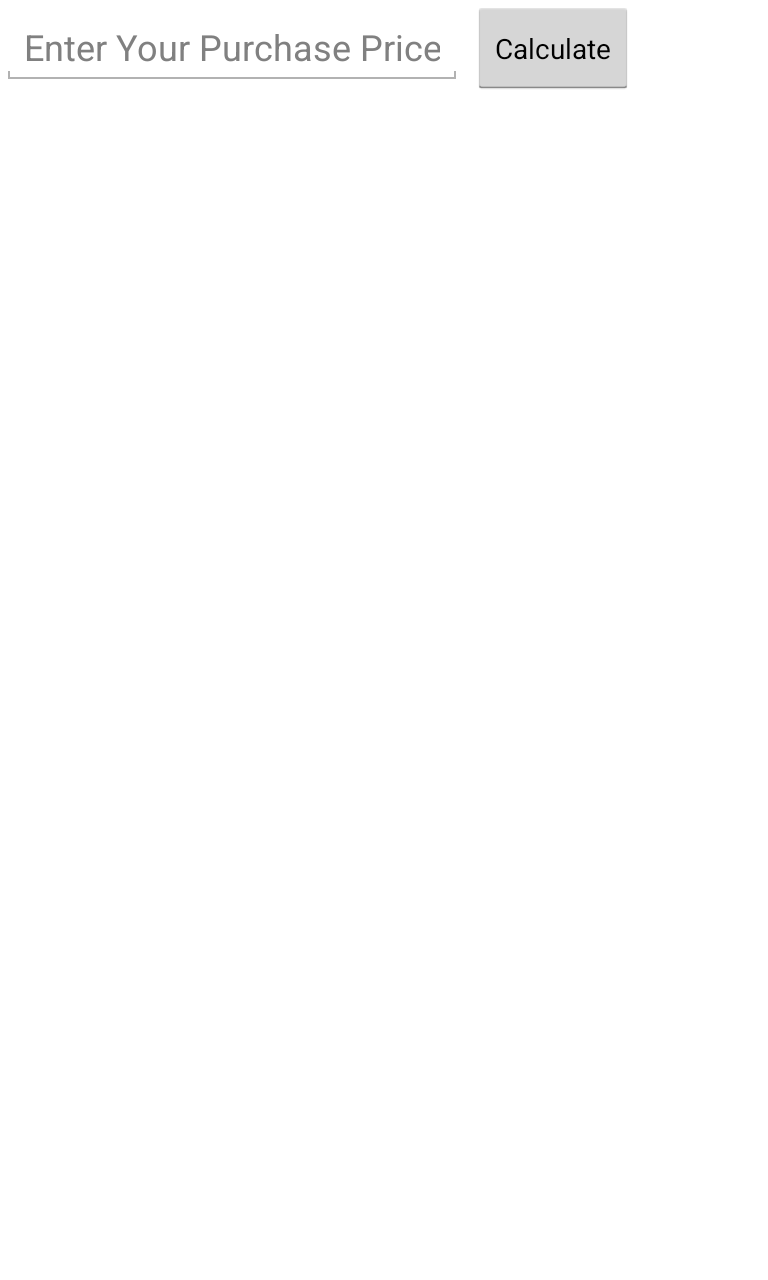
Repository: missxlian/angelHackSac
Layout: workspace/NoteHack/res/layout/fragment_section_intrate.xml
These files come from the project's save history. The layout is drawn as it stood at one moment and after the next save; the edit follows.
It is drawn on a 768 x 1280 px phone screen (xhdpi) without system bars, with theme android:Theme.Holo.Light.DarkActionBar; the app's code is not run.

Above is the layout before, as saved 2013-12-01 19:45:19.

After the next save:
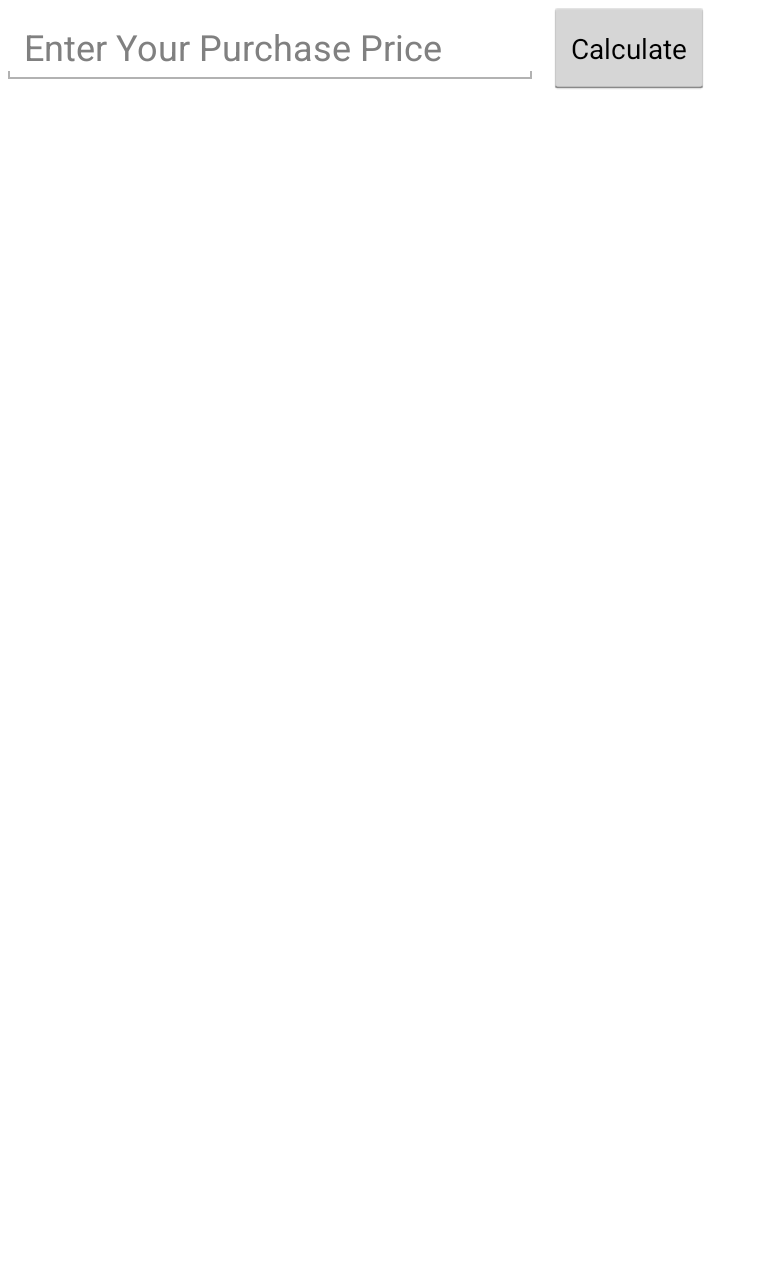
Saved 65 s later.
--- a/workspace/NoteHack/res/layout/fragment_section_intrate.xml
+++ b/workspace/NoteHack/res/layout/fragment_section_intrate.xml
@@ -3,11 +3,11 @@
     android:id="@+id/GridLayout1"
     android:layout_width="match_parent"
     android:layout_height="match_parent"
-    android:columnCount="7"
+    android:columnCount="8"
     android:orientation="horizontal" >
 
     <Space
-        android:layout_column="6"
+        android:layout_column="7"
         android:layout_gravity="fill_vertical"
         android:layout_row="4" />
 
@@ -20,18 +20,9 @@
         android:layout_row="2"
         android:text=" " />
 
-    <Button
-        android:id="@+id/interestRate"
-        style="?android:attr/buttonStyleSmall"
-        android:layout_width="wrap_content"
-        android:layout_column="3"
-        android:layout_gravity="left|top"
-        android:layout_row="1"
-        android:text="Calculate" />
-
     <EditText
         android:id="@+id/purPrice"
-        android:layout_width="232dp"
+        android:layout_width="270dp"
         android:layout_height="wrap_content"
         android:layout_column="0"
         android:layout_gravity="left|center_vertical"
@@ -40,4 +31,13 @@
         android:hint="Enter Your Purchase Price"
         android:inputType="numberDecimal" />
 
+    <Button
+        android:id="@+id/interestRate"
+        style="?android:attr/buttonStyleSmall"
+        android:layout_width="wrap_content"
+        android:layout_column="4"
+        android:layout_gravity="left|top"
+        android:layout_row="1"
+        android:text="Calculate" />
+
 </GridLayout>
